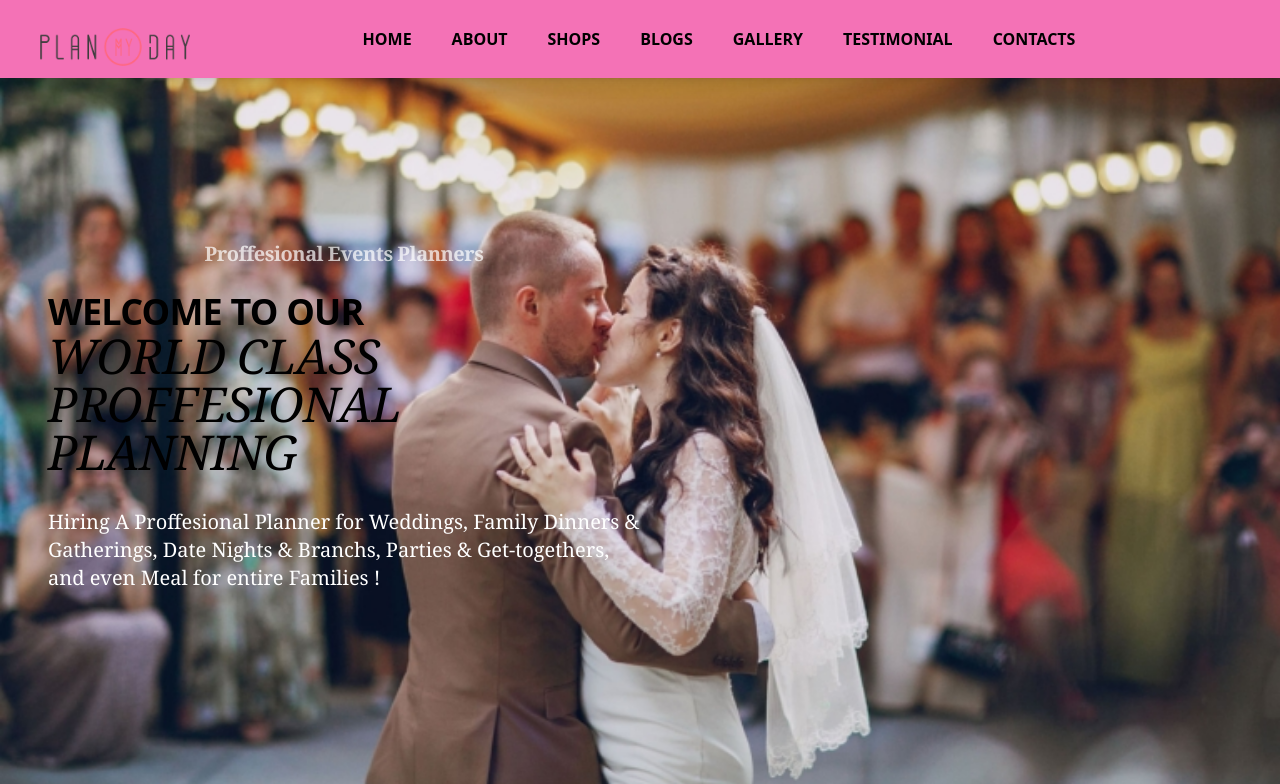
Repository: remydev47/eventsplanner
Page: /
These files come from the project's save history. The page is drawn as it stood at one moment and after the next save; the edit follows.
The browser window is 1280 px wide. The pictures show the whole page.
The project was rebuilt for these pictures with package versions that can differ from the ones it lists, and the page was loaded fresh each time. The framework's server and built-in components were replaced by stand-ins that run in the browser. Also part of the build but not shown: next.config.js, components/Header.jsx, components/Navigation.jsx, sections/Gallery.jsx, sections/Testimonial.jsx, sections/Plan.jsx, sections/Products.jsx, sections/Projects.jsx.

Above is the page before, as saved 2023-01-23 09:09:37.

After the next save:
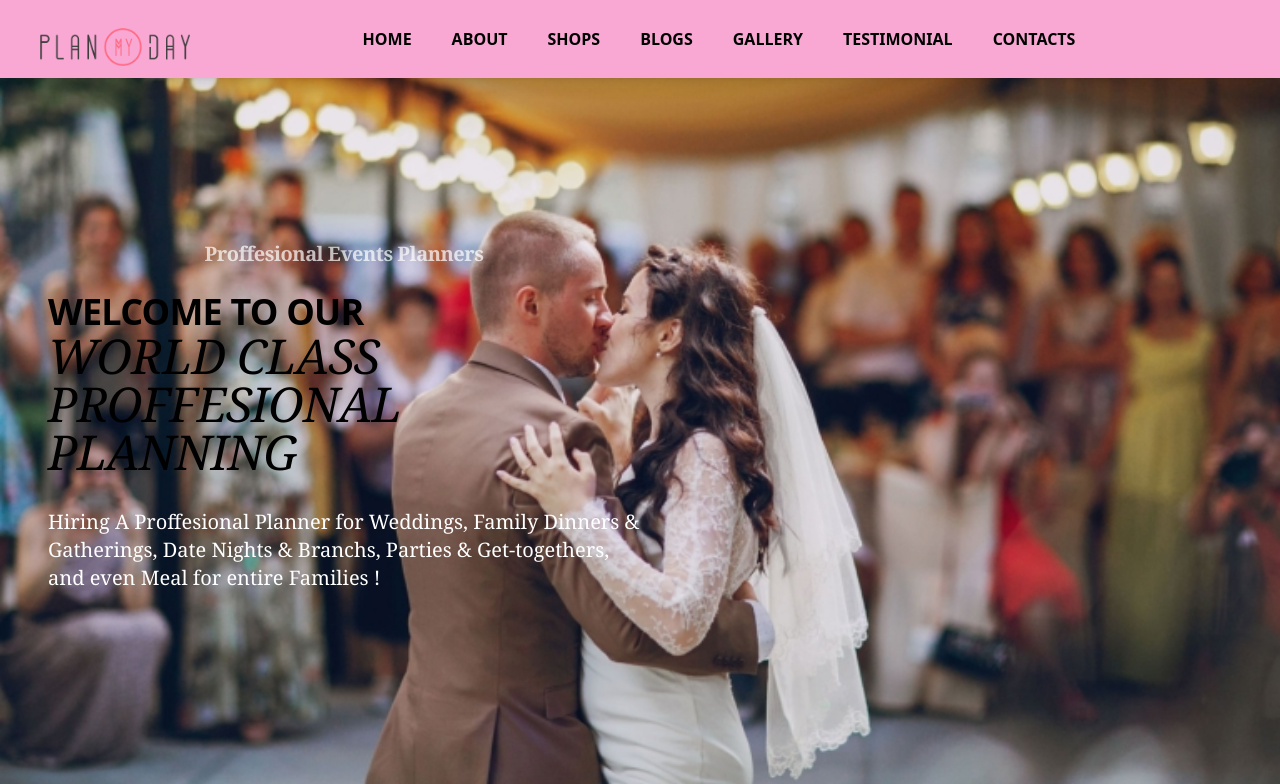
Saved 15 s later.
--- a/components/Navbar.jsx
+++ b/components/Navbar.jsx
@@ -5,7 +5,7 @@
 
 const Navbar = () => {
   return (
-    <header className="fixed inset-x-0 bg-pink-400 z-20 flex justify-between items-center py-2 px-2 shadow-lg dark:bg-slate-900 sm:py-3 sm:px-8">
+    <header className="fixed inset-x-0 bg-pink-300 z-20 flex justify-between items-center py-2 px-2 shadow-lg dark:bg-slate-900 sm:py-3 sm:px-8">
             <div className='flex grow-0 basis-1/3 md:hidden'>
                 <Menupopover />
             </div>
